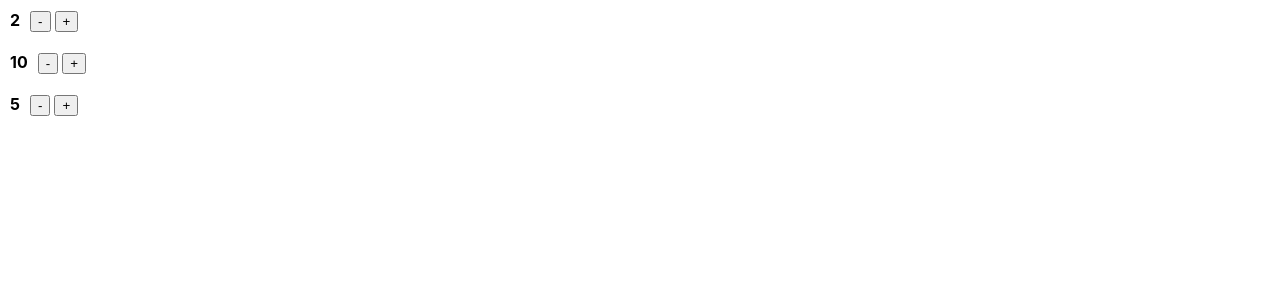
Repository: donalddoe/react_quiz
Page: /
These files come from the project's save history. The page is drawn as it stood at one moment and after the next save; the edit follows.
The browser window is 1280 px wide. The pictures show the whole page.
The project was rebuilt for these pictures with package versions that can differ from the ones it lists, and the page was loaded fresh each time.

Above is the page before, as saved 2020-08-28 16:21:02.

After the next save:
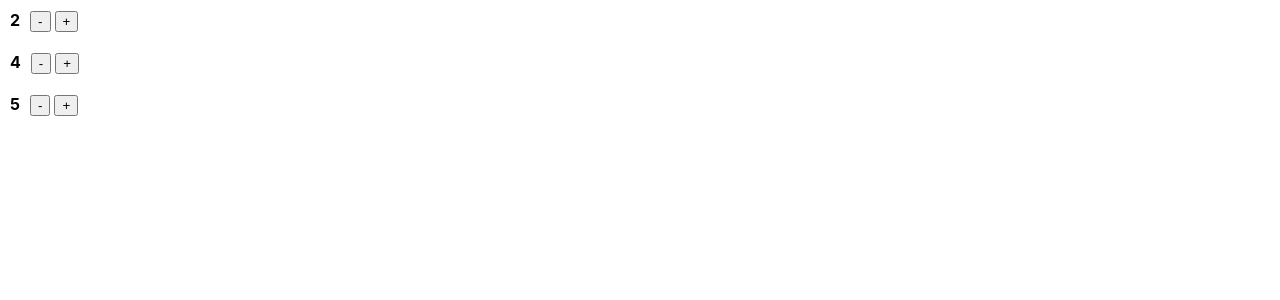
Saved 4 s later.
--- a/src/App.js
+++ b/src/App.js
@@ -4,7 +4,7 @@ import React, { Component } from 'react';
 // list the three data counters
 const data = [
   { id: 1, value: 2 },
-  { id: 2, value: 10 },
+  { id: 2, value: 4 },
   { id: 3, value: 5 },
 ];
 
